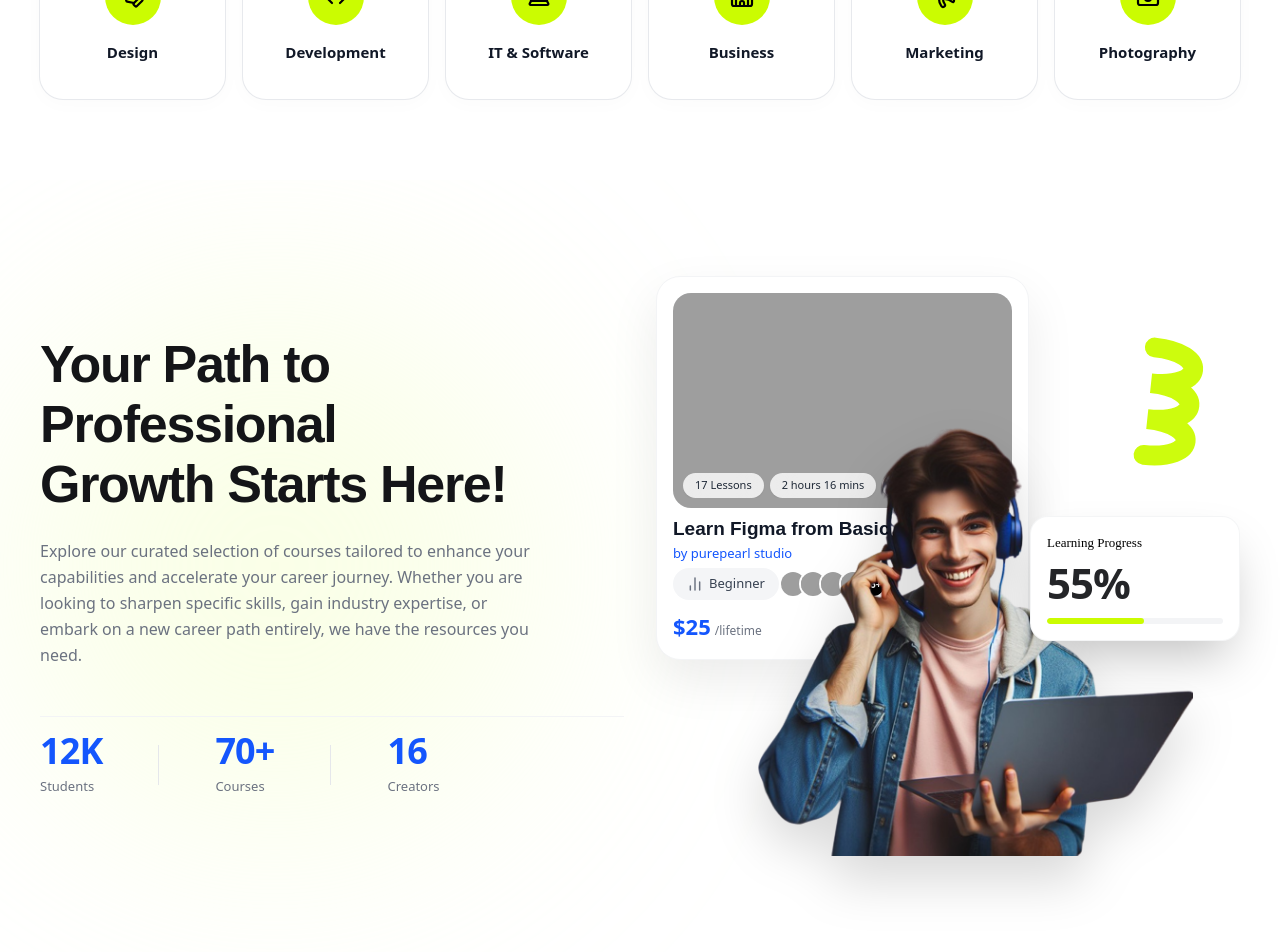
Repository: mdkawsarjomadder/bytespace
Page: /
These files come from the project's save history. The page is drawn as it stood at one moment and after the next save; the edit follows.
The browser window is 1280 px wide. The pictures show the part of the page from y = 2967 to 3919 px (the page is 3919 px tall).
Pictures or frames that could not be fetched are drawn as grey boxes. Some web fonts or font styles are not loaded; a fallback is used. The project was rebuilt for these pictures with package versions that can differ from the ones it lists, and the page was loaded fresh each time. Also part of the build but not shown: vite.config.js.

Above is the page before, as saved 2026-09-30 00:08:37.

After the next save:
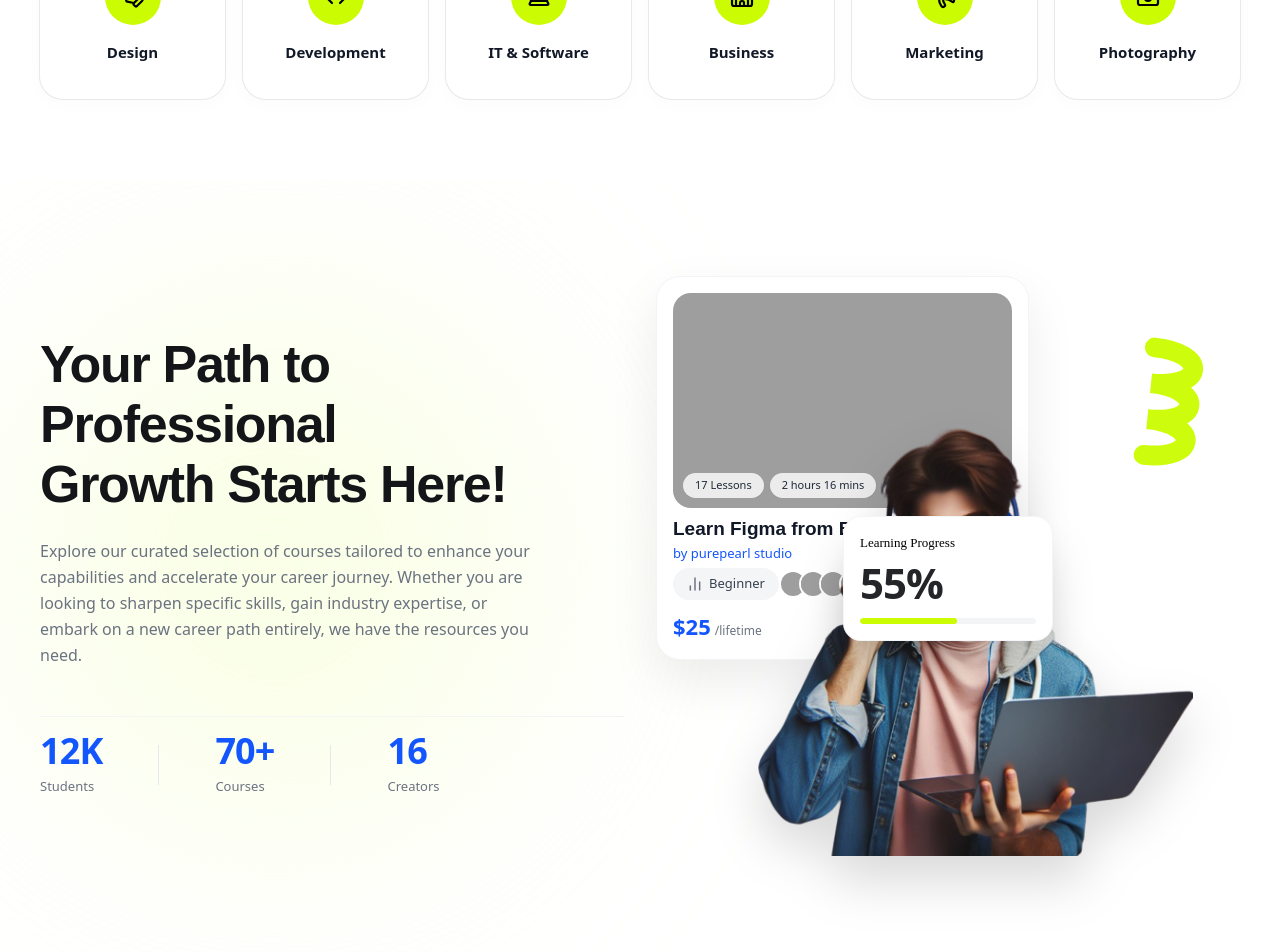
Saved 5 s later.
--- a/src/components/GrowthStats.jsx
+++ b/src/components/GrowthStats.jsx
@@ -164,7 +164,7 @@ const GrowthStats = () => {
 
             {/* Floating Learning Progress Card on Right */}
             <div
-              className="absolute right-0 top-[240px] z-30 bg-white rounded-[18px] shadow-2xl border border-gray-100/90 flex flex-col justify-between"
+              className="absolute  top-[240px] z-30 bg-white rounded-[18px] shadow-2xl border border-gray-100/90 flex flex-col justify-between"
               style={{
                 width: '210px',
                 height: '125px',
